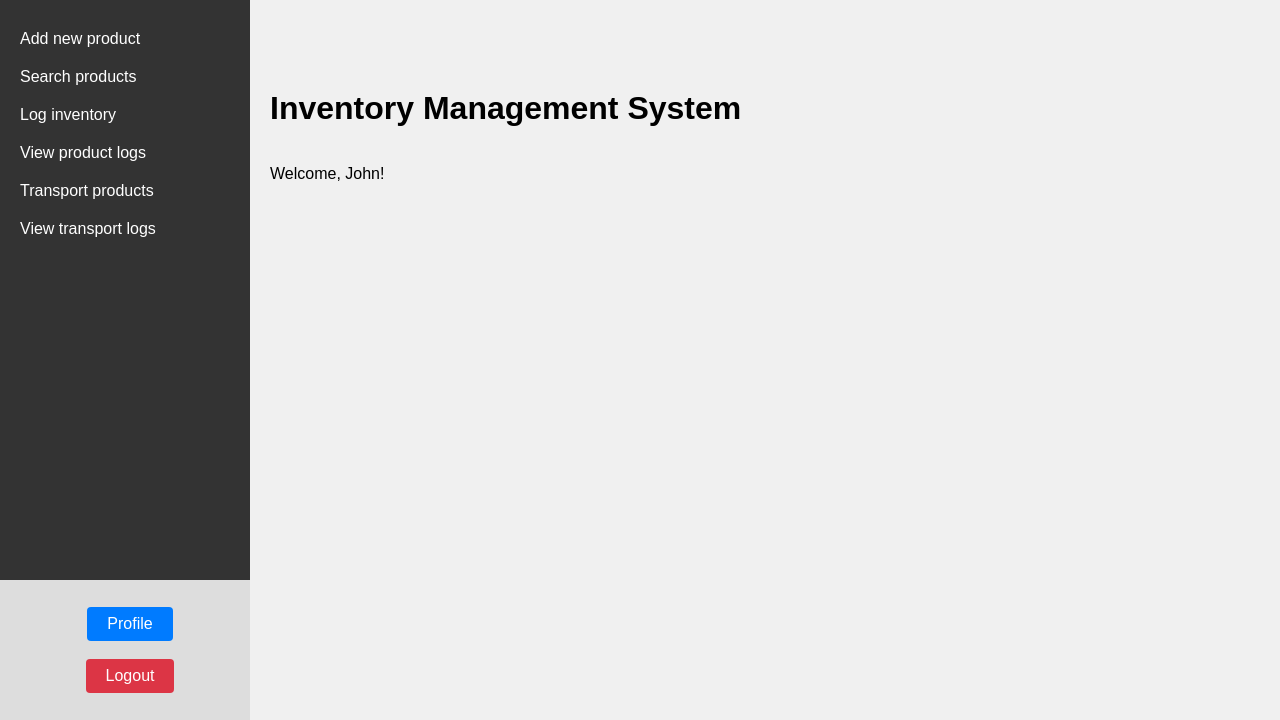
Repository: Warspinix/Flask-Web-Applications
Page: http://localhost/dashboard
The author's editor kept a copy of each file at every save. The page is drawn from the files as they stood at one save, then again after the next save.
The browser window is 1280 px wide. The pictures show the whole page.
The page is served by the project's application, run on Flask 3 (app.py). The session is filled in as if someone had signed in: {"user_id": 1, "first_name": "John"}.

Above is the page before, as saved 2024-06-13 22:34:26.

After the next save:
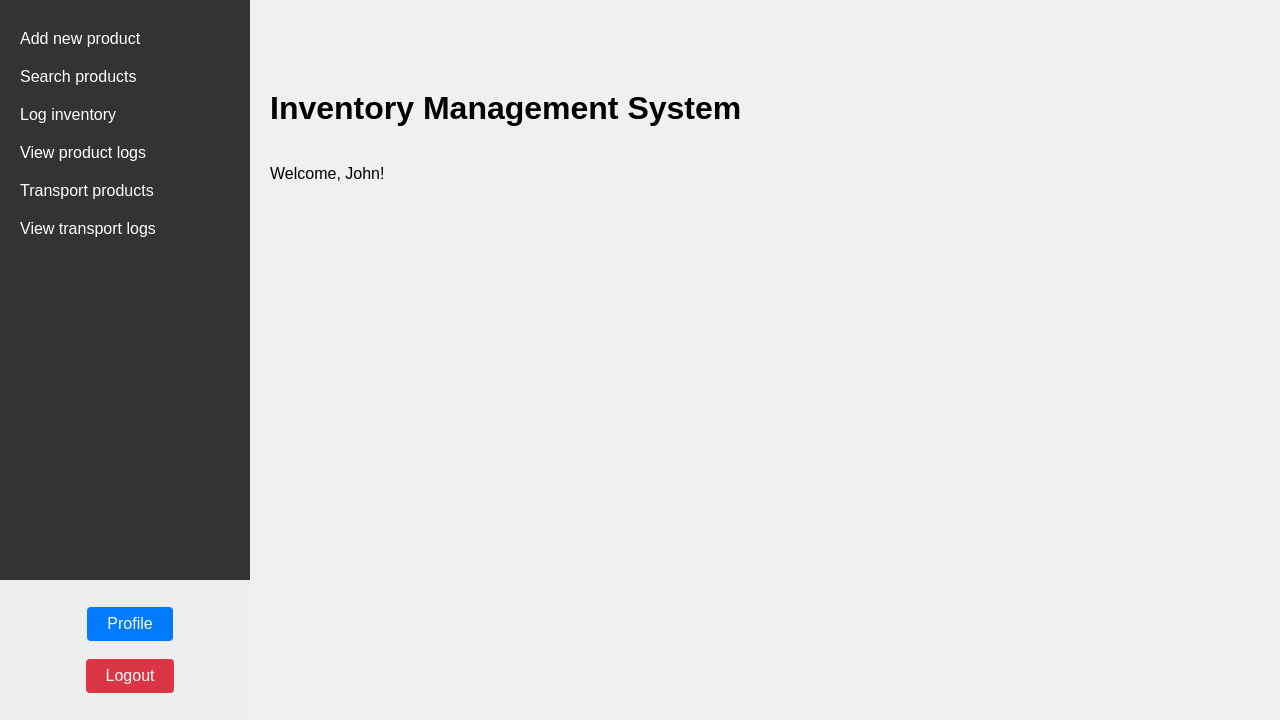
Saved 8 s later.
--- a/static/style.css
+++ b/static/style.css
@@ -81,7 +81,7 @@
 .profile-logout {
     display: flex;
     flex-direction: column;
-    background-color: #ddd;
+    background-color: #eee;
     align-items: center;
     justify-content: center;
     text-align: right;

After the save that followed:
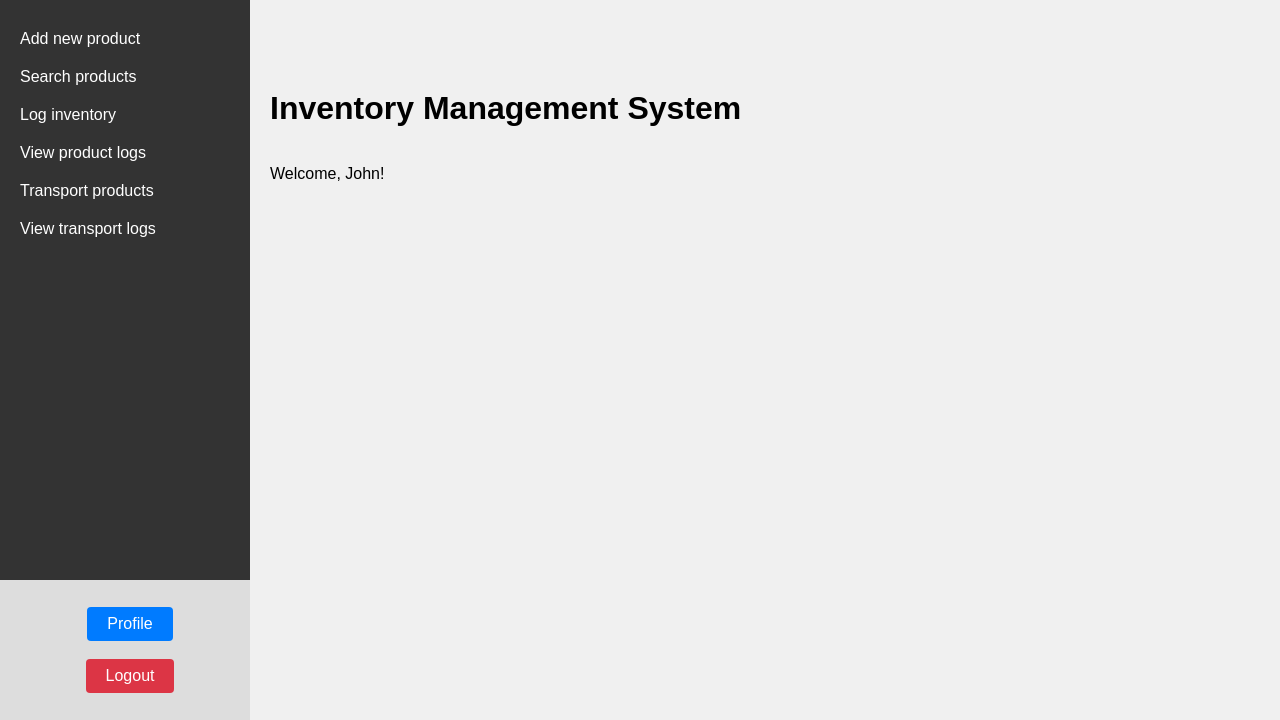
Saved 6 s later.
--- a/static/style.css
+++ b/static/style.css
@@ -81,7 +81,7 @@
 .profile-logout {
     display: flex;
     flex-direction: column;
-    background-color: #eee;
+    background-color: #ddd;
     align-items: center;
     justify-content: center;
     text-align: right;
